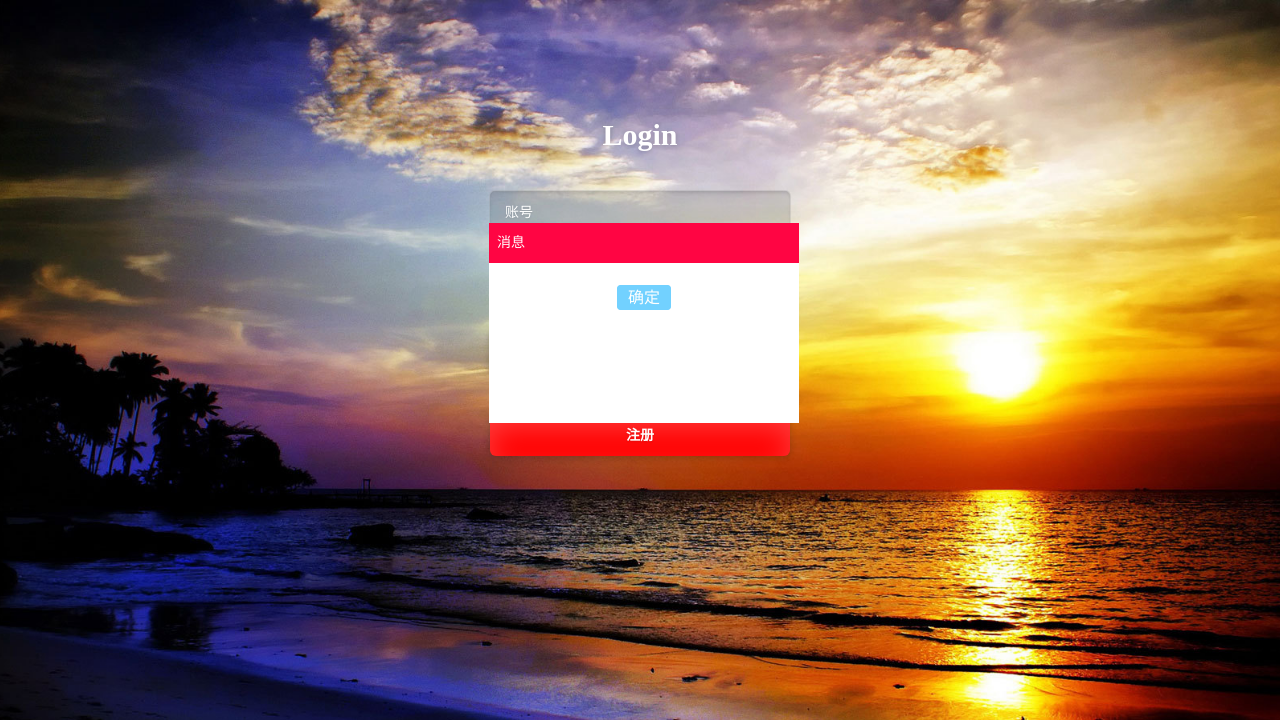
Repository: SUT-GC/myblog
Page: http://localhost/myblog/jsp/login/login.jsp
The author's editor kept a copy of each file at every save. The page is drawn from the files as they stood at one save, then again after the next save.
The browser window is 1280 px wide. The pictures show the whole page.
Some web libraries are served in a nearby version. The page is served by Tomcat 9.

Above is the page before, as saved 2015-10-02 02:41:09.
Console error: TypeError: $(...).live is not a function

After the next save:
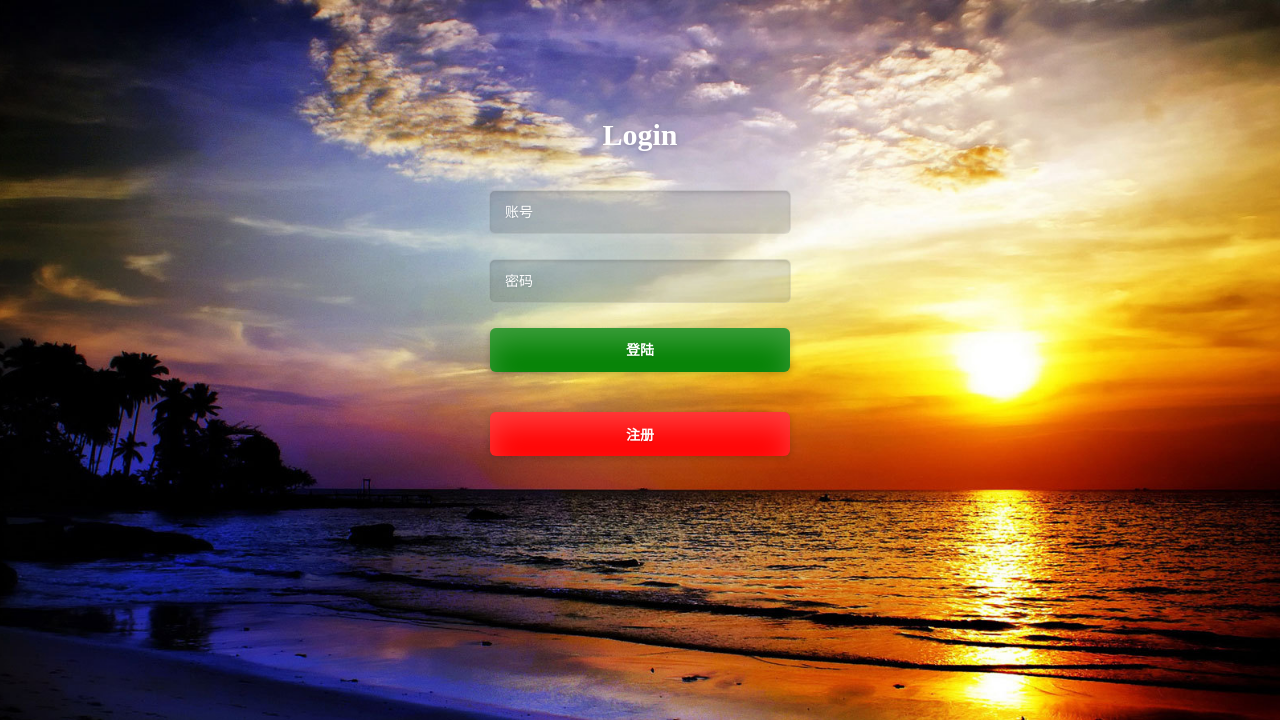
Saved 54 s later.
--- a/javaee_workspace/myblog/WebContent/jsp/login/login.jsp
+++ b/javaee_workspace/myblog/WebContent/jsp/login/login.jsp
@@ -79,9 +79,6 @@
 				$("#ts").html('恭喜您，注册成功，请登录 ! ');
 				is_show();
 			}
-
-			$("#ts").html(ls +rs);
-			is_show();
 			var lmsg = "";
 			if(ls != ""){
 				if(ls == 0){
